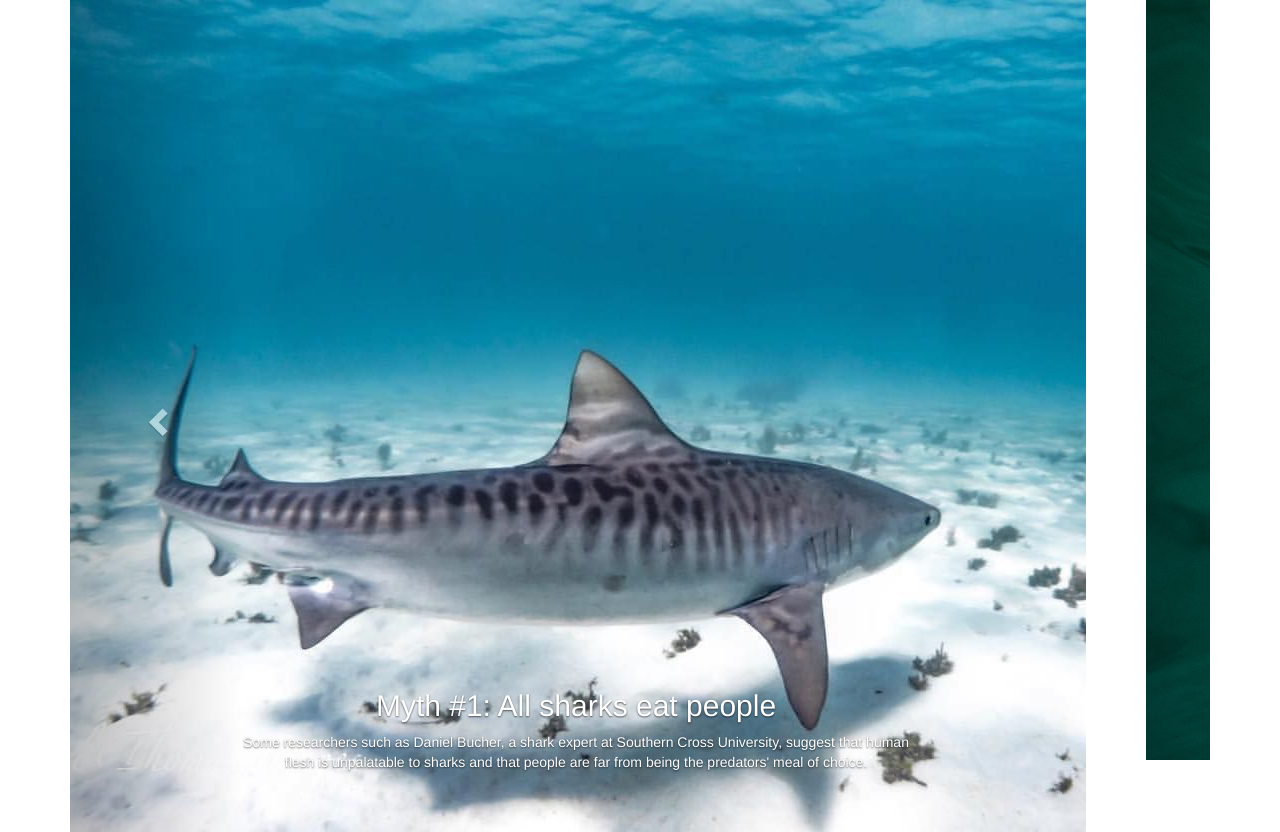
Repository: lacey-crenshaw/carousel
Page: index.html
These files come from the project's save history. The page is drawn as it stood at one moment and after the next save; the edit follows.
The browser window is 1280 px wide. The pictures show the whole page.

Above is the page before, as saved 2020-02-16 17:45:36.

After the next save:
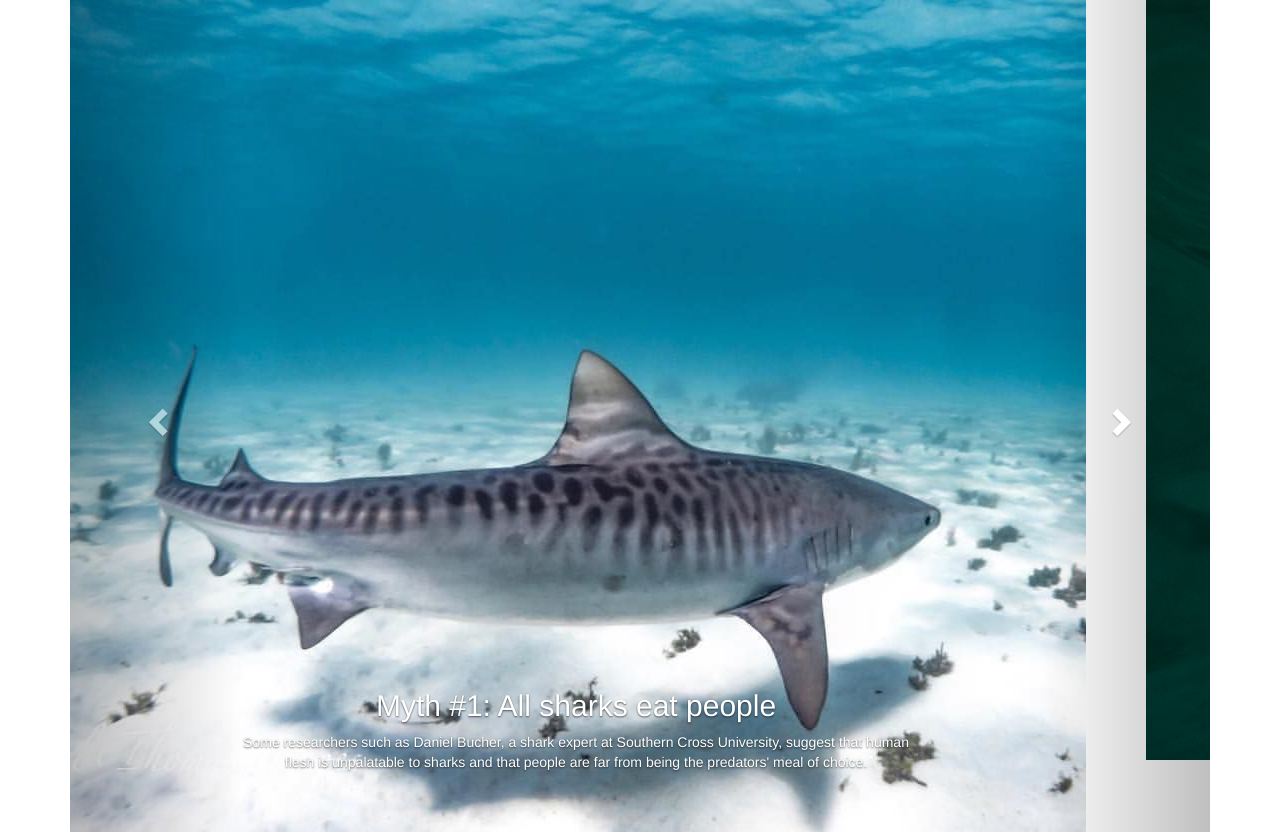
Saved 68 s later.
--- a/index.html
+++ b/index.html
@@ -81,6 +81,10 @@
                     <span class="glyphicon glyphicon-chevron-left" aria-hidden="true"></span>
                     <span class="sr-only">Previous</span>
                 </a>
+                <a class="right carousel-control" href="#my-slider" role="button" data-slide="next">
+                    <span class="glyphicon glyphicon-chevron-right" aria-hidden="true"></span>
+                    <span class="sr-only">Next</span>
+                </a>
 
 
                 </div>
